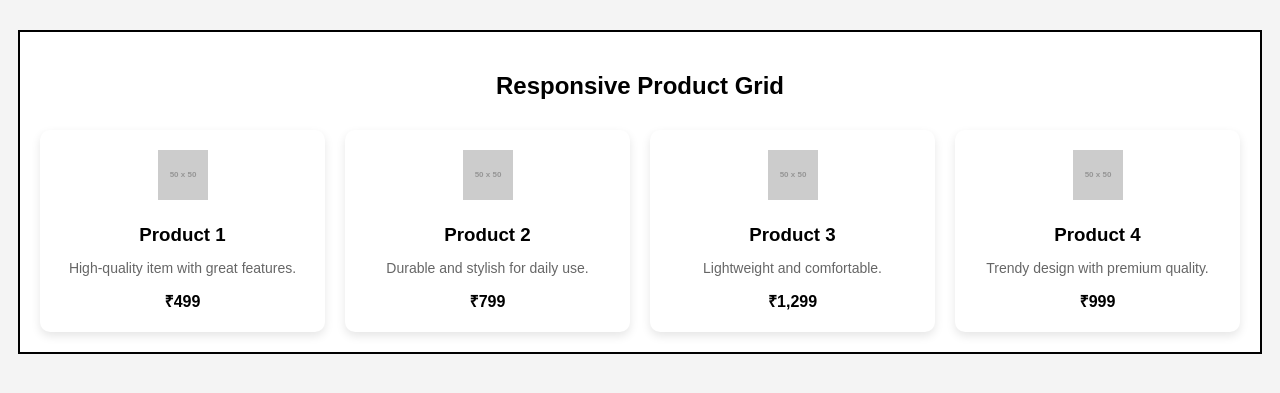
Repository: Glory998/ELCE1-32
Page: experiment9(i).html
The author's editor kept a copy of each file at every save. The page is drawn from the files as they stood at one save, then again after the next save.
The browser window is 1280 px wide. The pictures show the whole page.

Above is the page before, as saved 2025-12-23 14:12:20.

### experiment9(i).html
<!DOCTYPE html>
<html lang="en">
<head>
    <meta charset="UTF-8">
    <title>Responsive Product Grid</title>
    <style>
        body {
            margin: 0;
            font-family: Arial, sans-serif;
            background-color: #f4f4f4;
        }

        .container {
            max-width: 1200px;
            margin: 30px auto;
            padding: 20px;
            border: 2px solid #000;
            background: #fff;
        }

        h2 {
            text-align: center;
            margin-bottom: 30px;
        }

        .grid {
            display: grid;
            grid-template-columns: repeat(auto-fit, minmax(220px, 1fr));
            gap: 20px;
        }

        .card {
            background: #fff;
            padding: 20px;
            border-radius: 10px;
            box-shadow: 0 4px 10px rgba(0,0,0,0.1);
            text-align: center;
        }

        .card img {
            width: 50px;
            margin-bottom: 10px;
        }

        .card h3 {
            margin: 10px 0;
        }

        .card p {
            color: #666;
            font-size: 14px;
        }

        .price {
            margin-top: 10px;
            font-weight: bold;
        }
    </style>
</head>
<body>

    <div class="container">
        <h2>Responsive Product Grid</h2>

        <div class="grid">
            <div class="card">
                <img src="https://via.placeholder.com/50" alt="">
                <h3>Product 1</h3>
                <p>High-quality item with great features.</p>
                <div class="price">₹499</div>
            </div>

            <div class="card">
                <img src="https://via.placeholder.com/50" alt="">
                <h3>Product 2</h3>
                <p>Durable and stylish for daily use.</p>
                <div class="price">₹799</div>
            </div>

            <div class="card">
                <img src="https://via.placeholder.com/50" alt="">
                <h3>Product 3</h3>
                <p>Lightweight and comfortable.</p>
                <div class="price">₹1,299</div>
            </div>

            <div class="card">
                <img src="https://via.placeholder.com/50" alt="">
                <h3>Product 4</h3>
                <p>Trendy design with premium quality.</p>
                <div class="price">₹999</div>
            </div>
        </div>
    </div>

</body>
</html>

After the next save:
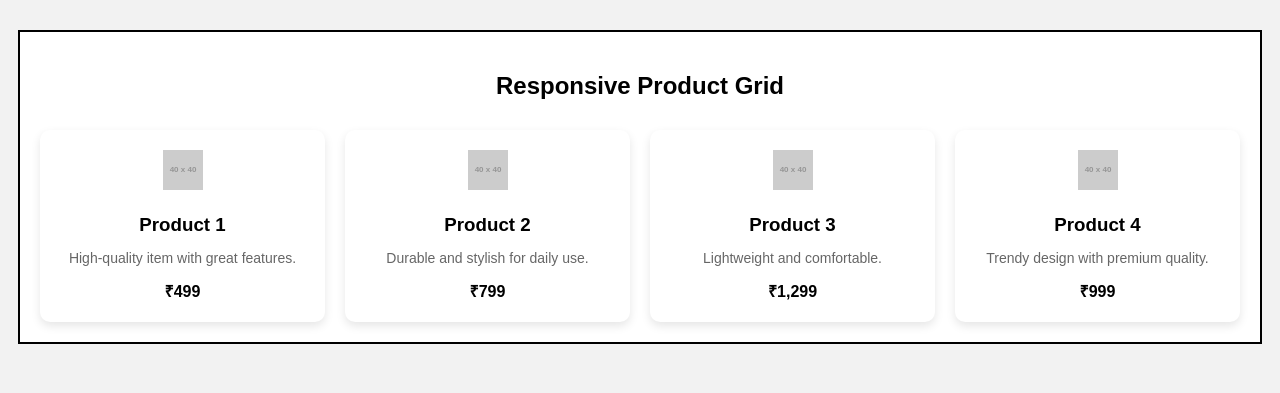
Saved 64 s later.
--- a/experiment9(i).html
+++ b/experiment9(i).html
@@ -3,19 +3,20 @@
 <head>
     <meta charset="UTF-8">
     <title>Responsive Product Grid</title>
+
     <style>
         body {
             margin: 0;
             font-family: Arial, sans-serif;
-            background-color: #f4f4f4;
+            background-color: #f2f2f2;
         }
 
         .container {
             max-width: 1200px;
             margin: 30px auto;
             padding: 20px;
+            background: #fff;
             border: 2px solid #000;
-            background: #fff;
         }
 
         h2 {
@@ -23,9 +24,10 @@
             margin-bottom: 30px;
         }
 
+        /* ===== GRID DEFAULT (DESKTOP) ===== */
         .grid {
             display: grid;
-            grid-template-columns: repeat(auto-fit, minmax(220px, 1fr));
+            grid-template-columns: repeat(4, 1fr);
             gap: 20px;
         }
 
@@ -33,12 +35,12 @@
             background: #fff;
             padding: 20px;
             border-radius: 10px;
+            text-align: center;
             box-shadow: 0 4px 10px rgba(0,0,0,0.1);
-            text-align: center;
         }
 
         .card img {
-            width: 50px;
+            width: 40px;
             margin-bottom: 10px;
         }
 
@@ -47,51 +49,66 @@
         }
 
         .card p {
+            font-size: 14px;
             color: #666;
-            font-size: 14px;
         }
 
         .price {
             margin-top: 10px;
             font-weight: bold;
         }
+
+        /* ===== TABLET VIEW (≤1024px) ===== */
+        @media (max-width: 1024px) {
+            .grid {
+                grid-template-columns: repeat(2, 1fr);
+            }
+        }
+
+        /* ===== MOBILE VIEW (≤600px) ===== */
+        @media (max-width: 600px) {
+            .grid {
+                grid-template-columns: 1fr;
+            }
+        }
     </style>
 </head>
+
 <body>
 
-    <div class="container">
-        <h2>Responsive Product Grid</h2>
+<div class="container">
+    <h2>Responsive Product Grid</h2>
 
-        <div class="grid">
-            <div class="card">
-                <img src="https://via.placeholder.com/50" alt="">
-                <h3>Product 1</h3>
-                <p>High-quality item with great features.</p>
-                <div class="price">₹499</div>
-            </div>
+    <div class="grid">
+        <div class="card">
+            <img src="https://via.placeholder.com/40">
+            <h3>Product 1</h3>
+            <p>High-quality item with great features.</p>
+            <div class="price">₹499</div>
+        </div>
 
-            <div class="card">
-                <img src="https://via.placeholder.com/50" alt="">
-                <h3>Product 2</h3>
-                <p>Durable and stylish for daily use.</p>
-                <div class="price">₹799</div>
-            </div>
+        <div class="card">
+            <img src="https://via.placeholder.com/40">
+            <h3>Product 2</h3>
+            <p>Durable and stylish for daily use.</p>
+            <div class="price">₹799</div>
+        </div>
 
-            <div class="card">
-                <img src="https://via.placeholder.com/50" alt="">
-                <h3>Product 3</h3>
-                <p>Lightweight and comfortable.</p>
-                <div class="price">₹1,299</div>
-            </div>
+        <div class="card">
+            <img src="https://via.placeholder.com/40">
+            <h3>Product 3</h3>
+            <p>Lightweight and comfortable.</p>
+            <div class="price">₹1,299</div>
+        </div>
 
-            <div class="card">
-                <img src="https://via.placeholder.com/50" alt="">
-                <h3>Product 4</h3>
-                <p>Trendy design with premium quality.</p>
-                <div class="price">₹999</div>
-            </div>
+        <div class="card">
+            <img src="https://via.placeholder.com/40">
+            <h3>Product 4</h3>
+            <p>Trendy design with premium quality.</p>
+            <div class="price">₹999</div>
         </div>
     </div>
+</div>
 
 </body>
 </html>
